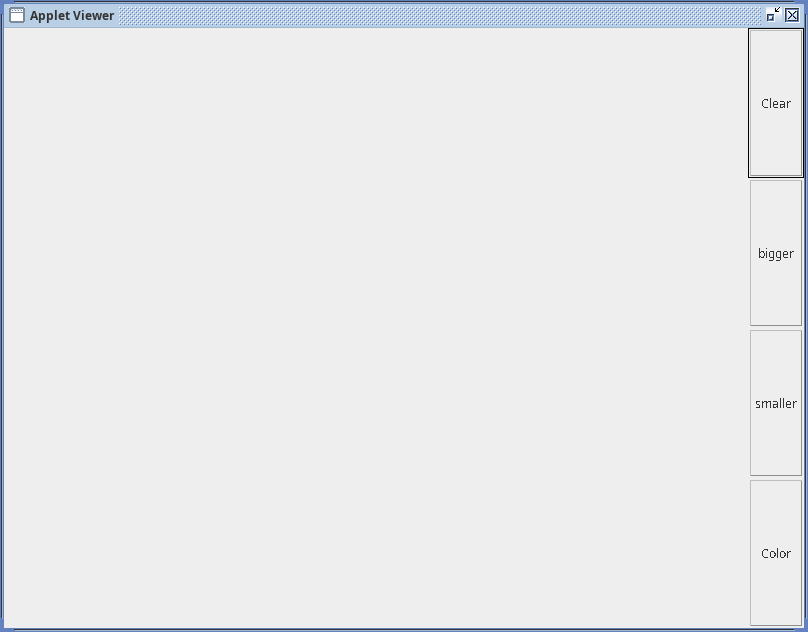
Repository: EnjoyWorkTrue/Spring2014
Program's window: java CMP342/Assignment2/project1/Drwing.java
An editor plug-in stored every save of this project. The program's window is shown before and after a run of saves, followed by the edit.
It runs on Java 21 on a 1366 x 768 screen with the Metal look.

Above is the program's window before, as saved 2014-02-24 22:20:46.

After the next 2 saves:
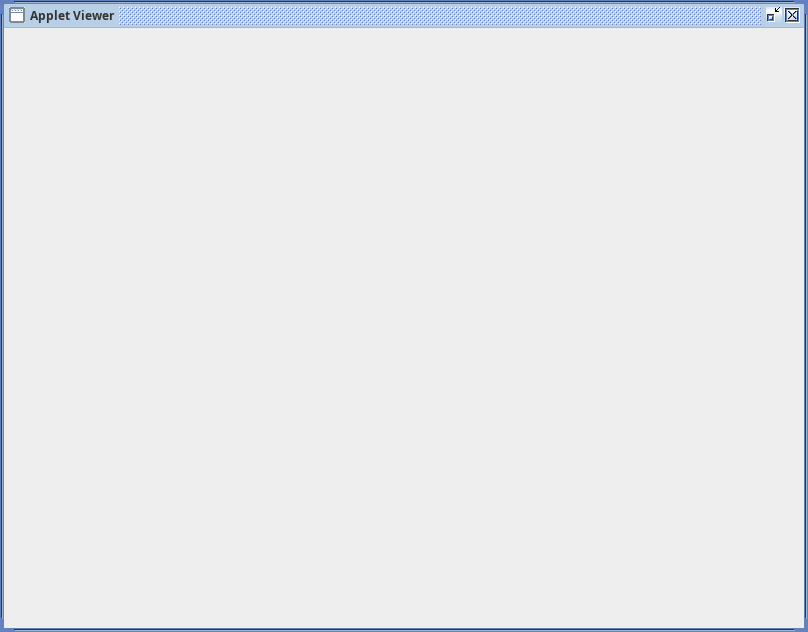
The 2 saves are shown as one change because 1 did not build or start.
The last was saved 102 s later.
--- a/CMP342/Assignment2/project1/Drwing.java
+++ b/CMP342/Assignment2/project1/Drwing.java
@@ -15,10 +15,10 @@
 
 
 	setLayout(new BorderLayout());
-    add(btn,BorderLayout.EAST);
-    addKeyListener(wb);
-    addMouseMotionListener(wb);
-    addMouseListener(wb);
+    //add(btn,BorderLayout.EAST);
+    addKeyListener(new CharDrawer());
+   // addMouseMotionListener(wb);
+   // addMouseListener(wb);
 
 
 

After the 2 saves that followed:
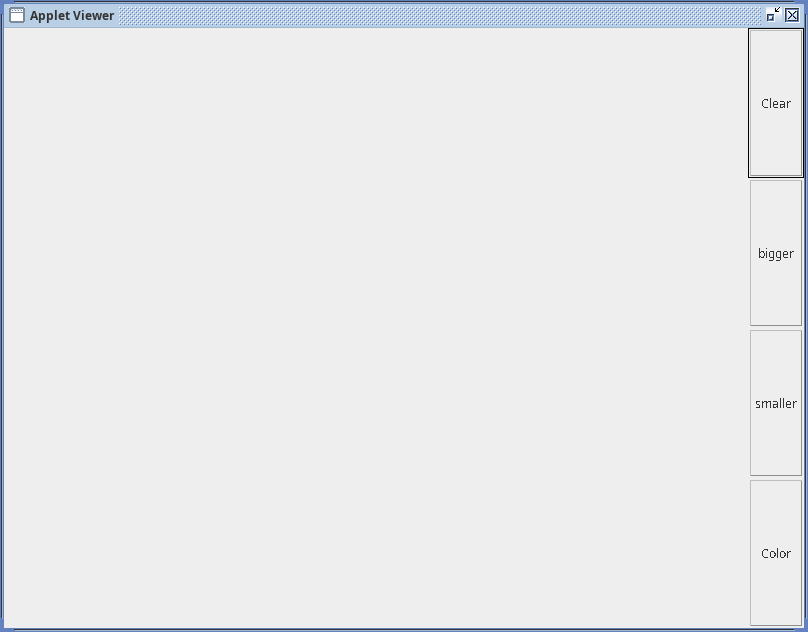
The 2 saves are shown as one change because 1 left the picture as it was.
The last was saved 41 s later.
--- a/CMP342/Assignment2/project1/Drwing.java
+++ b/CMP342/Assignment2/project1/Drwing.java
@@ -15,8 +15,8 @@
 
 
 	setLayout(new BorderLayout());
-    //add(btn,BorderLayout.EAST);
-    addKeyListener(new CharDrawer());
+    add(btn,BorderLayout.EAST);
+    addKeyListener(wb);
    // addMouseMotionListener(wb);
    // addMouseListener(wb);
 
